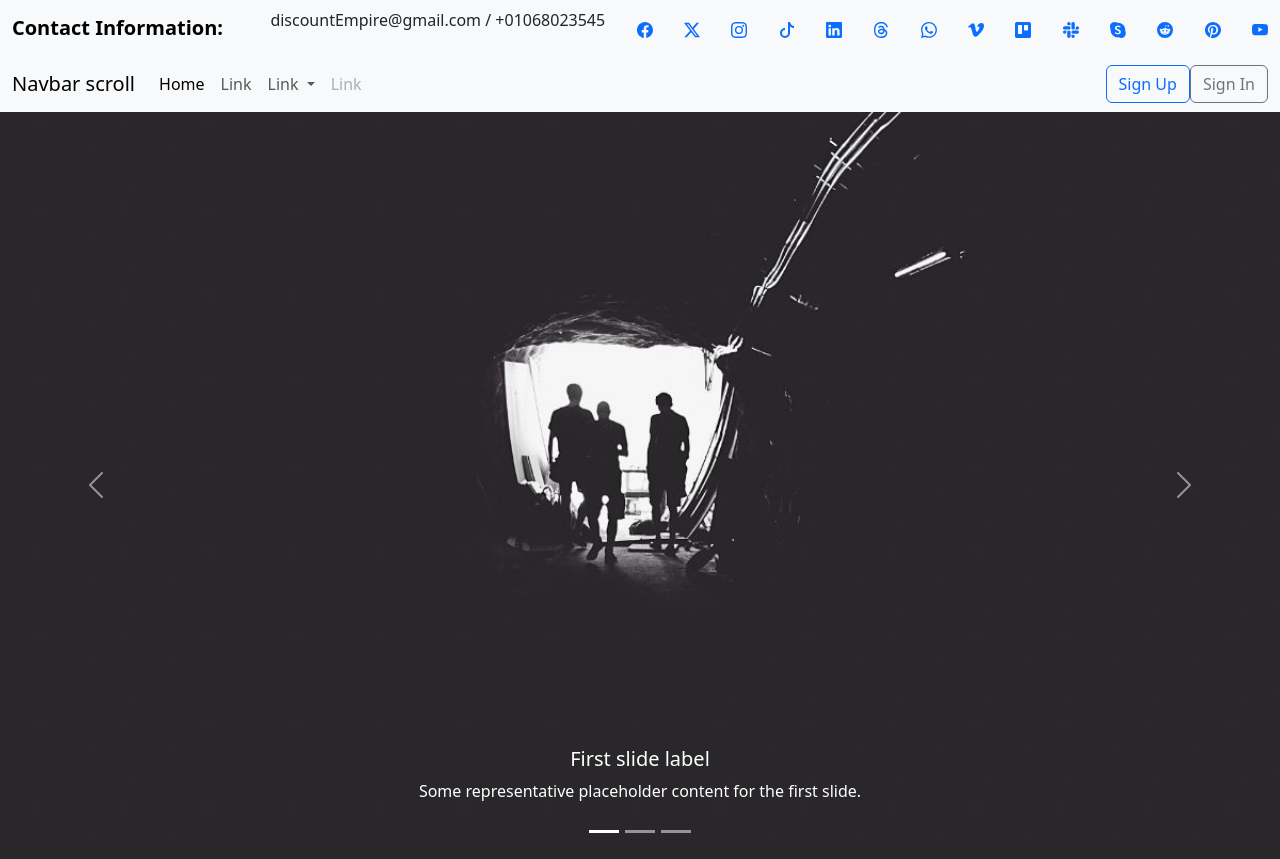
Repository: HaziimYassien/The-Discount-Empire
Page: index.html
An editor plug-in stored every save of this project. The page is shown before and after a run of saves, followed by the edit.
The browser window is 1280 px wide. The pictures show the whole page.

Above is the page before, as saved 2024-01-24 18:31:34.

### index.html
<!DOCTYPE html>
<html lang="en">
  <head>
    <meta charset="UTF-8" />
    <meta name="viewport" content="width=device-width, initial-scale=1.0" />
<link href="https://cdn.jsdelivr.net/npm/bootstrap@5.3.2/dist/css/bootstrap.min.css" rel="stylesheet" integrity="sha384-T3c6CoIi6uLrA9TneNEoa7RxnatzjcDSCmG1MXxSR1GAsXEV/Dwwykc2MPK8M2HN" crossorigin="anonymous">
<script src="https://cdn.jsdelivr.net/npm/bootstrap@5.3.2/dist/js/bootstrap.bundle.min.js" integrity="sha384-C6RzsynM9kWDrMNeT87bh95OGNyZPhcTNXj1NW7RuBCsyN/o0jlpcV8Qyq46cDfL" crossorigin="anonymous"></script>

    <title>Document</title>
  </head>
  <body>
    <!-- START _SocialMediaBar -->
<nav class="h-auto navbar sticky-top navbar-light bg-light">
  <div class="h-1 container-fluid">
    <strong class="mb-0 navbar-brand" href="#">Contact Information:  </strong>
    <p>discountEmpire@gmail.com / +01068023545</p>
    <a href="#">
 <svg xmlns="http://www.w3.org/2000/svg" width="16" height="16" fill="currentColor" class="bi bi-facebook" viewBox="0 0 16 16">
  <path d="M16 8.049c0-4.446-3.582-8.05-8-8.05C3.58 0-.002 3.603-.002 8.05c0 4.017 2.926 7.347 6.75 7.951v-5.625h-2.03V8.05H6.75V6.275c0-2.017 1.195-3.131 3.022-3.131.876 0 1.791.157 1.791.157v1.98h-1.009c-.993 0-1.303.621-1.303 1.258v1.51h2.218l-.354 2.326H9.25V16c3.824-.604 6.75-3.934 6.75-7.951"/>
</svg>
    </a>

    <a href="#">
<svg xmlns="http://www.w3.org/2000/svg" width="16" height="16" fill="currentColor" class="bi bi-twitter-x" viewBox="0 0 16 16">
  <path d="M12.6.75h2.454l-5.36 6.142L16 15.25h-4.937l-3.867-5.07-4.425 5.07H.316l5.733-6.57L0 .75h5.063l3.495 4.633L12.601.75Zm-.86 13.028h1.36L4.323 2.145H2.865z"/>
</svg>
</a>
<a href="#">
<svg xmlns="http://www.w3.org/2000/svg" width="16" height="16" fill="currentColor" class="bi bi-instagram" viewBox="0 0 16 16">
  <path d="M8 0C5.829 0 5.556.01 4.703.048 3.85.088 3.269.222 2.76.42a3.9 3.9 0 0 0-1.417.923A3.9 3.9 0 0 0 .42 2.76C.222 3.268.087 3.85.048 4.7.01 5.555 0 5.827 0 8.001c0 2.172.01 2.444.048 3.297.04.852.174 1.433.372 1.942.205.526.478.972.923 1.417.444.445.89.719 1.416.923.51.198 1.09.333 1.942.372C5.555 15.99 5.827 16 8 16s2.444-.01 3.298-.048c.851-.04 1.434-.174 1.943-.372a3.9 3.9 0 0 0 1.416-.923c.445-.445.718-.891.923-1.417.197-.509.332-1.09.372-1.942C15.99 10.445 16 10.173 16 8s-.01-2.445-.048-3.299c-.04-.851-.175-1.433-.372-1.941a3.9 3.9 0 0 0-.923-1.417A3.9 3.9 0 0 0 13.24.42c-.51-.198-1.092-.333-1.943-.372C10.443.01 10.172 0 7.998 0zm-.717 1.442h.718c2.136 0 2.389.007 3.232.046.78.035 1.204.166 1.486.275.373.145.64.319.92.599s.453.546.598.92c.11.281.24.705.275 1.485.039.843.047 1.096.047 3.231s-.008 2.389-.047 3.232c-.035.78-.166 1.203-.275 1.485a2.5 2.5 0 0 1-.599.919c-.28.28-.546.453-.92.598-.28.11-.704.24-1.485.276-.843.038-1.096.047-3.232.047s-2.39-.009-3.233-.047c-.78-.036-1.203-.166-1.485-.276a2.5 2.5 0 0 1-.92-.598 2.5 2.5 0 0 1-.6-.92c-.109-.281-.24-.705-.275-1.485-.038-.843-.046-1.096-.046-3.233s.008-2.388.046-3.231c.036-.78.166-1.204.276-1.486.145-.373.319-.64.599-.92s.546-.453.92-.598c.282-.11.705-.24 1.485-.276.738-.034 1.024-.044 2.515-.045zm4.988 1.328a.96.96 0 1 0 0 1.92.96.96 0 0 0 0-1.92m-4.27 1.122a4.109 4.109 0 1 0 0 8.217 4.109 4.109 0 0 0 0-8.217m0 1.441a2.667 2.667 0 1 1 0 5.334 2.667 2.667 0 0 1 0-5.334"/>
</svg>
</a>
<a href="#">
<svg xmlns="http://www.w3.org/2000/svg" width="16" height="16" fill="currentColor" class="bi bi-tiktok" viewBox="0 0 16 16">
  <path d="M9 0h1.98c.144.715.54 1.617 1.235 2.512C12.895 3.389 13.797 4 15 4v2c-1.753 0-3.07-.814-4-1.829V11a5 5 0 1 1-5-5v2a3 3 0 1 0 3 3z"/>
</svg>
</a>
<a href="#">
<svg xmlns="http://www.w3.org/2000/svg" width="16" height="16" fill="currentColor" class="bi bi-linkedin" viewBox="0 0 16 16">
  <path d="M0 1.146C0 .513.526 0 1.175 0h13.65C15.474 0 16 .513 16 1.146v13.708c0 .633-.526 1.146-1.175 1.146H1.175C.526 16 0 15.487 0 14.854zm4.943 12.248V6.169H2.542v7.225zm-1.2-8.212c.837 0 1.358-.554 1.358-1.248-.015-.709-.52-1.248-1.342-1.248S2.4 3.226 2.4 3.934c0 .694.521 1.248 1.327 1.248zm4.908 8.212V9.359c0-.216.016-.432.08-.586.173-.431.568-.878 1.232-.878.869 0 1.216.662 1.216 1.634v3.865h2.401V9.25c0-2.22-1.184-3.252-2.764-3.252-1.274 0-1.845.7-2.165 1.193v.025h-.016l.016-.025V6.169h-2.4c.03.678 0 7.225 0 7.225z"/>
</svg>
</a>
<a href="#">
<svg xmlns="http://www.w3.org/2000/svg" width="16" height="16" fill="currentColor" class="bi bi-threads" viewBox="0 0 16 16">
  <path d="M6.321 6.016c-.27-.18-1.166-.802-1.166-.802.756-1.081 1.753-1.502 3.132-1.502.975 0 1.803.327 2.394.948s.928 1.509 1.005 2.644q.492.207.905.484c1.109.745 1.719 1.86 1.719 3.137 0 2.716-2.226 5.075-6.256 5.075C4.594 16 1 13.987 1 7.994 1 2.034 4.482 0 8.044 0 9.69 0 13.55.243 15 5.036l-1.36.353C12.516 1.974 10.163 1.43 8.006 1.43c-3.565 0-5.582 2.171-5.582 6.79 0 4.143 2.254 6.343 5.63 6.343 2.777 0 4.847-1.443 4.847-3.556 0-1.438-1.208-2.127-1.27-2.127-.236 1.234-.868 3.31-3.644 3.31-1.618 0-3.013-1.118-3.013-2.582 0-2.09 1.984-2.847 3.55-2.847.586 0 1.294.04 1.663.114 0-.637-.54-1.728-1.9-1.728-1.25 0-1.566.405-1.967.868ZM8.716 8.19c-2.04 0-2.304.87-2.304 1.416 0 .878 1.043 1.168 1.6 1.168 1.02 0 2.067-.282 2.232-2.423a6.2 6.2 0 0 0-1.528-.161"/>
</svg>
</a>
<a href="#">
<svg xmlns="http://www.w3.org/2000/svg" width="16" height="16" fill="currentColor" class="bi bi-whatsapp" viewBox="0 0 16 16">
  <path d="M13.601 2.326A7.85 7.85 0 0 0 7.994 0C3.627 0 .068 3.558.064 7.926c0 1.399.366 2.76 1.057 3.965L0 16l4.204-1.102a7.9 7.9 0 0 0 3.79.965h.004c4.368 0 7.926-3.558 7.93-7.93A7.9 7.9 0 0 0 13.6 2.326zM7.994 14.521a6.6 6.6 0 0 1-3.356-.92l-.24-.144-2.494.654.666-2.433-.156-.251a6.56 6.56 0 0 1-1.007-3.505c0-3.626 2.957-6.584 6.591-6.584a6.56 6.56 0 0 1 4.66 1.931 6.56 6.56 0 0 1 1.928 4.66c-.004 3.639-2.961 6.592-6.592 6.592m3.615-4.934c-.197-.099-1.17-.578-1.353-.646-.182-.065-.315-.099-.445.099-.133.197-.513.646-.627.775-.114.133-.232.148-.43.05-.197-.1-.836-.308-1.592-.985-.59-.525-.985-1.175-1.103-1.372-.114-.198-.011-.304.088-.403.087-.088.197-.232.296-.346.1-.114.133-.198.198-.33.065-.134.034-.248-.015-.347-.05-.099-.445-1.076-.612-1.47-.16-.389-.323-.335-.445-.34-.114-.007-.247-.007-.38-.007a.73.73 0 0 0-.529.247c-.182.198-.691.677-.691 1.654s.71 1.916.81 2.049c.098.133 1.394 2.132 3.383 2.992.47.205.84.326 1.129.418.475.152.904.129 1.246.08.38-.058 1.171-.48 1.338-.943.164-.464.164-.86.114-.943-.049-.084-.182-.133-.38-.232"/>
</svg>
</a>
<a href="#">
<svg xmlns="http://www.w3.org/2000/svg" width="16" height="16" fill="currentColor" class="bi bi-vimeo" viewBox="0 0 16 16">
  <path d="M15.992 4.204q-.106 2.334-3.262 6.393-3.263 4.243-5.522 4.243-1.4 0-2.367-2.583L3.55 7.523Q2.83 4.939 2.007 4.94q-.178.001-1.254.754L0 4.724a210 210 0 0 0 2.334-2.081q1.581-1.364 2.373-1.437 1.865-.185 2.298 2.553.466 2.952.646 3.666.54 2.447 1.186 2.445.5 0 1.508-1.587 1.006-1.587 1.077-2.415.144-1.37-1.077-1.37a3 3 0 0 0-1.185.261q1.183-3.86 4.508-3.756 2.466.075 2.324 3.2z"/>
</svg>
</a>
<a href="#">
<svg xmlns="http://www.w3.org/2000/svg" width="16" height="16" fill="currentColor" class="bi bi-trello" viewBox="0 0 16 16">
  <path d="M14.1 0H1.903C.852 0 .002.85 0 1.9v12.19A1.9 1.9 0 0 0 1.902 16h12.199A1.9 1.9 0 0 0 16 14.09V1.9A1.9 1.9 0 0 0 14.1 0M7 11.367a.636.636 0 0 1-.64.633H3.593a.633.633 0 0 1-.63-.633V3.583c0-.348.281-.631.63-.633h2.765c.35.002.632.284.633.633zm6.052-3.5a.633.633 0 0 1-.64.633h-2.78A.636.636 0 0 1 9 7.867V3.583a.636.636 0 0 1 .633-.633h2.778c.35.002.631.285.631.633z"/>
</svg>
</a>
<a href="#">
<svg xmlns="http://www.w3.org/2000/svg" width="16" height="16" fill="currentColor" class="bi bi-slack" viewBox="0 0 16 16">
  <path d="M3.362 10.11c0 .926-.756 1.681-1.681 1.681S0 11.036 0 10.111.756 8.43 1.68 8.43h1.682zm.846 0c0-.924.756-1.68 1.681-1.68s1.681.756 1.681 1.68v4.21c0 .924-.756 1.68-1.68 1.68a1.685 1.685 0 0 1-1.682-1.68zM5.89 3.362c-.926 0-1.682-.756-1.682-1.681S4.964 0 5.89 0s1.68.756 1.68 1.68v1.682zm0 .846c.924 0 1.68.756 1.68 1.681S6.814 7.57 5.89 7.57H1.68C.757 7.57 0 6.814 0 5.89c0-.926.756-1.682 1.68-1.682zm6.749 1.682c0-.926.755-1.682 1.68-1.682S16 4.964 16 5.889s-.756 1.681-1.68 1.681h-1.681zm-.848 0c0 .924-.755 1.68-1.68 1.68A1.685 1.685 0 0 1 8.43 5.89V1.68C8.43.757 9.186 0 10.11 0c.926 0 1.681.756 1.681 1.68zm-1.681 6.748c.926 0 1.682.756 1.682 1.681S11.036 16 10.11 16s-1.681-.756-1.681-1.68v-1.682h1.68zm0-.847c-.924 0-1.68-.755-1.68-1.68s.756-1.681 1.68-1.681h4.21c.924 0 1.68.756 1.68 1.68 0 .926-.756 1.681-1.68 1.681z"/>
</svg>
</a>
<a href="#">
<svg xmlns="http://www.w3.org/2000/svg" width="16" height="16" fill="currentColor" class="bi bi-skype" viewBox="0 0 16 16">
  <path d="M4.671 0c.88 0 1.733.247 2.468.702a7.42 7.42 0 0 1 6.02 2.118 7.37 7.37 0 0 1 2.167 5.215q0 .517-.072 1.026a4.66 4.66 0 0 1 .6 2.281 4.64 4.64 0 0 1-1.37 3.294A4.67 4.67 0 0 1 11.18 16c-.84 0-1.658-.226-2.37-.644a7.42 7.42 0 0 1-6.114-2.107A7.37 7.37 0 0 1 .529 8.035q0-.545.08-1.081a4.644 4.644 0 0 1 .76-5.59A4.68 4.68 0 0 1 4.67 0zm.447 7.01c.18.309.43.572.729.769a7 7 0 0 0 1.257.653q.737.308 1.145.523c.229.112.437.264.615.448.135.142.21.331.21.528a.87.87 0 0 1-.335.723c-.291.196-.64.289-.99.264a2.6 2.6 0 0 1-1.048-.206 11 11 0 0 1-.532-.253 1.3 1.3 0 0 0-.587-.15.72.72 0 0 0-.501.176.63.63 0 0 0-.195.491.8.8 0 0 0 .148.482 1.2 1.2 0 0 0 .456.354 5.1 5.1 0 0 0 2.212.419 4.6 4.6 0 0 0 1.624-.265 2.3 2.3 0 0 0 1.08-.801c.267-.39.402-.855.386-1.327a2.1 2.1 0 0 0-.279-1.101 2.5 2.5 0 0 0-.772-.792A7 7 0 0 0 8.486 7.3a1 1 0 0 0-.145-.058 18 18 0 0 1-1.013-.447 1.8 1.8 0 0 1-.54-.387.73.73 0 0 1-.2-.508.8.8 0 0 1 .385-.723 1.76 1.76 0 0 1 .968-.247c.26-.003.52.03.772.096q.412.119.802.293c.105.049.22.075.336.076a.6.6 0 0 0 .453-.19.7.7 0 0 0 .18-.496.72.72 0 0 0-.17-.476 1.4 1.4 0 0 0-.556-.354 3.7 3.7 0 0 0-.708-.183 6 6 0 0 0-1.022-.078 4.5 4.5 0 0 0-1.536.258 2.7 2.7 0 0 0-1.174.784 1.9 1.9 0 0 0-.45 1.287c-.01.37.076.736.25 1.063"/>
</svg>
</a>
<a href="#">
<svg xmlns="http://www.w3.org/2000/svg" width="16" height="16" fill="currentColor" class="bi bi-reddit" viewBox="0 0 16 16">
  <path d="M6.167 8a.83.83 0 0 0-.83.83c0 .459.372.84.83.831a.831.831 0 0 0 0-1.661m1.843 3.647c.315 0 1.403-.038 1.976-.611a.23.23 0 0 0 0-.306.213.213 0 0 0-.306 0c-.353.363-1.126.487-1.67.487-.545 0-1.308-.124-1.671-.487a.213.213 0 0 0-.306 0 .213.213 0 0 0 0 .306c.564.563 1.652.61 1.977.61zm.992-2.807c0 .458.373.83.831.83s.83-.381.83-.83a.831.831 0 0 0-1.66 0z"/>
  <path d="M16 8A8 8 0 1 1 0 8a8 8 0 0 1 16 0m-3.828-1.165c-.315 0-.602.124-.812.325-.801-.573-1.9-.945-3.121-.993l.534-2.501 1.738.372a.83.83 0 1 0 .83-.869.83.83 0 0 0-.744.468l-1.938-.41a.2.2 0 0 0-.153.028.2.2 0 0 0-.086.134l-.592 2.788c-1.24.038-2.358.41-3.17.992-.21-.2-.496-.324-.81-.324a1.163 1.163 0 0 0-.478 2.224q-.03.17-.029.353c0 1.795 2.091 3.256 4.669 3.256s4.668-1.451 4.668-3.256c0-.114-.01-.238-.029-.353.401-.181.688-.592.688-1.069 0-.65-.525-1.165-1.165-1.165"/>
</svg>
</a>
<a href="#">
<svg xmlns="http://www.w3.org/2000/svg" width="16" height="16" fill="currentColor" class="bi bi-pinterest" viewBox="0 0 16 16">
  <path d="M8 0a8 8 0 0 0-2.915 15.452c-.07-.633-.134-1.606.027-2.297.146-.625.938-3.977.938-3.977s-.239-.479-.239-1.187c0-1.113.645-1.943 1.448-1.943.682 0 1.012.512 1.012 1.127 0 .686-.437 1.712-.663 2.663-.188.796.4 1.446 1.185 1.446 1.422 0 2.515-1.5 2.515-3.664 0-1.915-1.377-3.254-3.342-3.254-2.276 0-3.612 1.707-3.612 3.471 0 .688.265 1.425.595 1.826a.24.24 0 0 1 .056.23c-.061.252-.196.796-.222.907-.035.146-.116.177-.268.107-1-.465-1.624-1.926-1.624-3.1 0-2.523 1.834-4.84 5.286-4.84 2.775 0 4.932 1.977 4.932 4.62 0 2.757-1.739 4.976-4.151 4.976-.811 0-1.573-.421-1.834-.919l-.498 1.902c-.181.695-.669 1.566-.995 2.097A8 8 0 1 0 8 0"/>
</svg>
</a>
<a href="#">
<svg xmlns="http://www.w3.org/2000/svg" width="16" height="16" fill="currentColor" class="bi bi-youtube" viewBox="0 0 16 16">
  <path d="M8.051 1.999h.089c.822.003 4.987.033 6.11.335a2.01 2.01 0 0 1 1.415 1.42c.101.38.172.883.22 1.402l.01.104.022.26.008.104c.065.914.073 1.77.074 1.957v.075c-.001.194-.01 1.108-.082 2.06l-.008.105-.009.104c-.05.572-.124 1.14-.235 1.558a2.01 2.01 0 0 1-1.415 1.42c-1.16.312-5.569.334-6.18.335h-.142c-.309 0-1.587-.006-2.927-.052l-.17-.006-.087-.004-.171-.007-.171-.007c-1.11-.049-2.167-.128-2.654-.26a2.01 2.01 0 0 1-1.415-1.419c-.111-.417-.185-.986-.235-1.558L.09 9.82l-.008-.104A31 31 0 0 1 0 7.68v-.123c.002-.215.01-.958.064-1.778l.007-.103.003-.052.008-.104.022-.26.01-.104c.048-.519.119-1.023.22-1.402a2.01 2.01 0 0 1 1.415-1.42c.487-.13 1.544-.21 2.654-.26l.17-.007.172-.006.086-.003.171-.007A100 100 0 0 1 7.858 2zM6.4 5.209v4.818l4.157-2.408z"/>
</svg>
</a>
  </div>
</nav>
    <!-- END _SocialMediaBar -->
    <!-- START _NavBar -->
    <nav class="navbar navbar-expand-lg navbar-light bg-light sticky-top">
      <div class="container-fluid">
        <a class="navbar-brand" href="#">Navbar scroll</a>
        <button
          class="navbar-toggler"
          type="button"
          data-bs-toggle="collapse"
          data-bs-target="#navbarScroll"
          aria-controls="navbarScroll"
          aria-expanded="false"
          aria-label="Toggle navigation"
        >
          <span class="navbar-toggler-icon"></span>
        </button>
        <div class="collapse navbar-collapse" id="navbarScroll">
          <ul
            class="navbar-nav me-auto my-2 my-lg-0 navbar-nav-scroll"
            style="--bs-scroll-height: 100px"
          >
            <li class="nav-item">
              <a class="nav-link active" aria-current="page" href="#">Home</a>
            </li>
            <li class="nav-item">
              <a class="nav-link" href="#">Link</a>
            </li>
            <li class="nav-item dropdown">
              <a
                class="nav-link dropdown-toggle"
                href="#"
                id="navbarScrollingDropdown"
                role="button"
                data-bs-toggle="dropdown"
                aria-expanded="false"
              >
                Link
              </a>
              <ul
                class="dropdown-menu"
                aria-labelledby="navbarScrollingDropdown"
              >
                <li><a class="dropdown-item" href="#">Action</a></li>
                <li><a class="dropdown-item" href="#">Another action</a></li>
                <li><hr class="dropdown-divider" /></li>
                <li>
                  <a class="dropdown-item" href="#">Something else here</a>
                </li>
              </ul>
            </li>
            <li class="nav-item">
              <a
                class="nav-link disabled"
                href="#"
                tabindex="-1"
                aria-disabled="true"
                >Link</a
              >
            </li>
          </ul>

            <button class="btn btn-outline-primary" type="#">
              Sign Up
            </button>
              <button class="btn btn-outline-secondary" type="#">
              Sign In
            </button>
          </form>
        </div>
      </div>
    </nav>
    <!-- END _NavBar -->


    <!-- START _Gallery -->

<div id="carouselExampleDark" class="carousel carousel-light slide" data-bs-ride="carousel">
  <div class="carousel-indicators">
    <button type="button" data-bs-target="#carouselExampleDark" data-bs-slide-to="0" class="active" aria-current="true" aria-label="Slide 1"></button>
    <button type="button" data-bs-target="#carouselExampleDark" data-bs-slide-to="1" aria-label="Slide 2"></button>
    <button type="button" data-bs-target="#carouselExampleDark" data-bs-slide-to="2" aria-label="Slide 3"></button>
  </div>
  <div class="carousel-inner">
    <div class="carousel-item active" data-bs-interval="10000">
      <img src="/img/la.jpg" class="d-block w-100" alt="...">
      <div class="carousel-caption d-none d-md-block">
        <h5>First slide label</h5>
        <p>Some representative placeholder content for the first slide.</p>
      </div>
    </div>
    <div class="carousel-item" data-bs-interval="2000">
      <img src="/img/la.jpg" class="d-block w-100" alt="...">
      <div class="carousel-caption d-none d-md-block">
        <h5>Second slide label</h5>
        <p>Some representative placeholder content for the second slide.</p>
      </div>
    </div>
    <div class="carousel-item">
      <img src="/img/la.jpg" class="d-block w-100" alt="...">
      <div class="carousel-caption d-none d-md-block">
        <h5>Third slide label</h5>
        <p>Some representative placeholder content for the third slide.</p>
      </div>
    </div>
  </div>
  <button class="carousel-control-prev" type="button" data-bs-target="#carouselExampleDark" data-bs-slide="prev">
    <span class="carousel-control-prev-icon" aria-hidden="true"></span>
    <span class="visually-hidden">Previous</span>
  </button>
  <button class="carousel-control-next" type="button" data-bs-target="#carouselExampleDark" data-bs-slide="next">
    <span class="carousel-control-next-icon" aria-hidden="true"></span>
    <span class="visually-hidden">Next</span>
  </button>
</div>
    <!-- END _Gallery -->



    <!-- START _Services -->
<section class="container">

</section>
    <!-- END _Services -->
  </body>
</html>

After the next 4 saves:
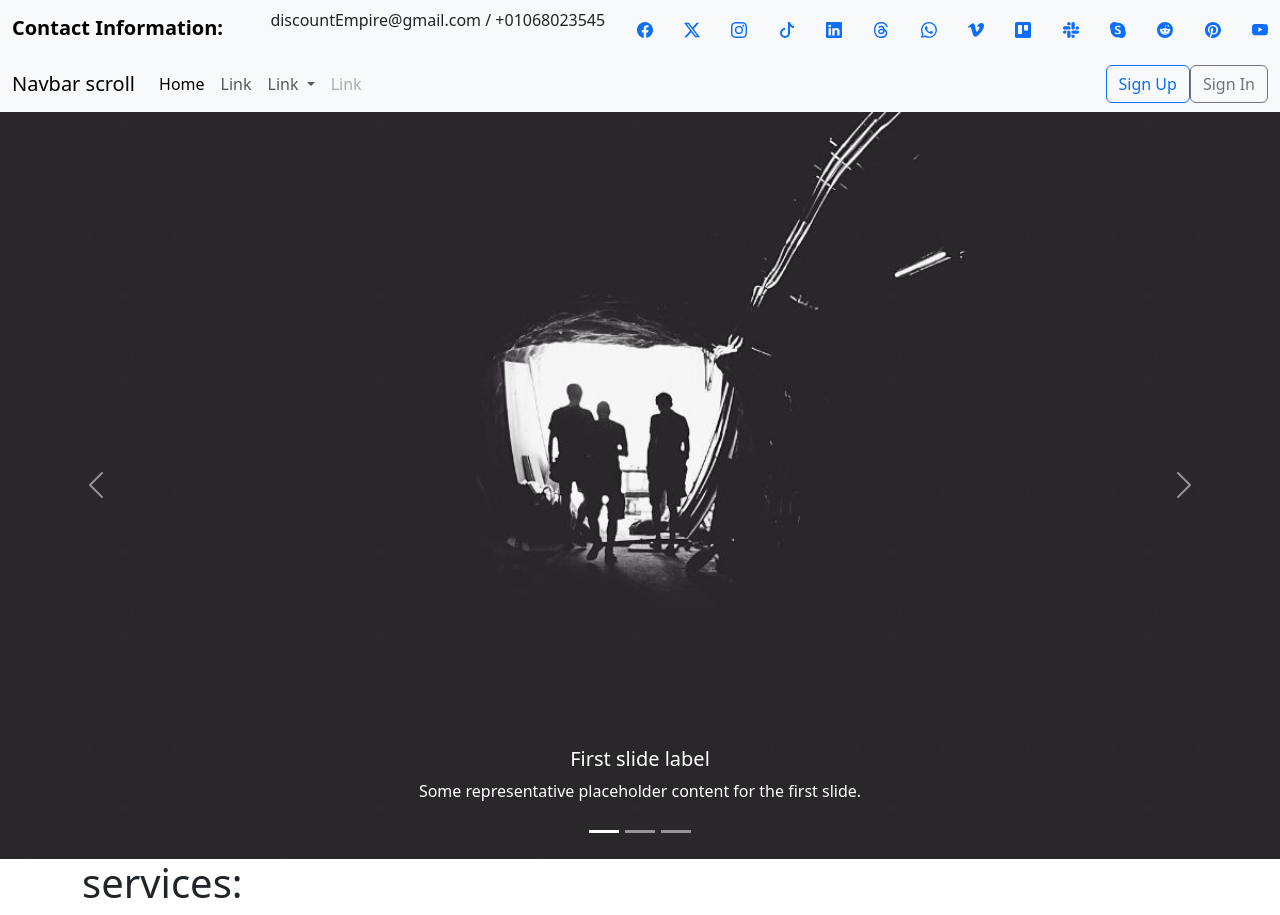
The 4 saves are shown as one change because they came seconds apart.
The last was saved 14 s later.
--- a/index.html
+++ b/index.html
@@ -208,6 +208,7 @@
 
     <!-- START _Services -->
 <section class="container">
+  <h1>services: </h1>
 
 </section>
     <!-- END _Services -->
